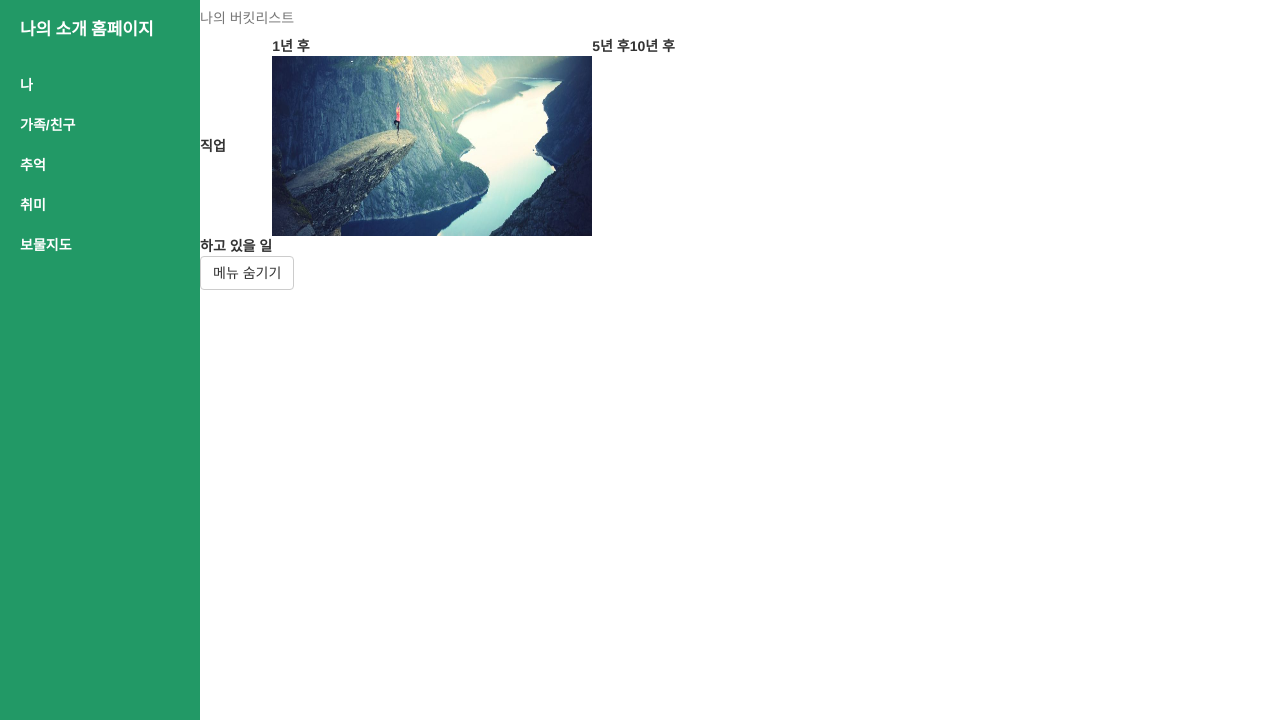
Repository: xlwindlx/HTML
Page: tresure.html
The author's editor kept a record of every edit. The page is drawn from the files as they stood at one moment, then again after the next edit.
The browser window is 1280 px wide. The pictures show the whole page.

Above is the page before.

After the next edit:
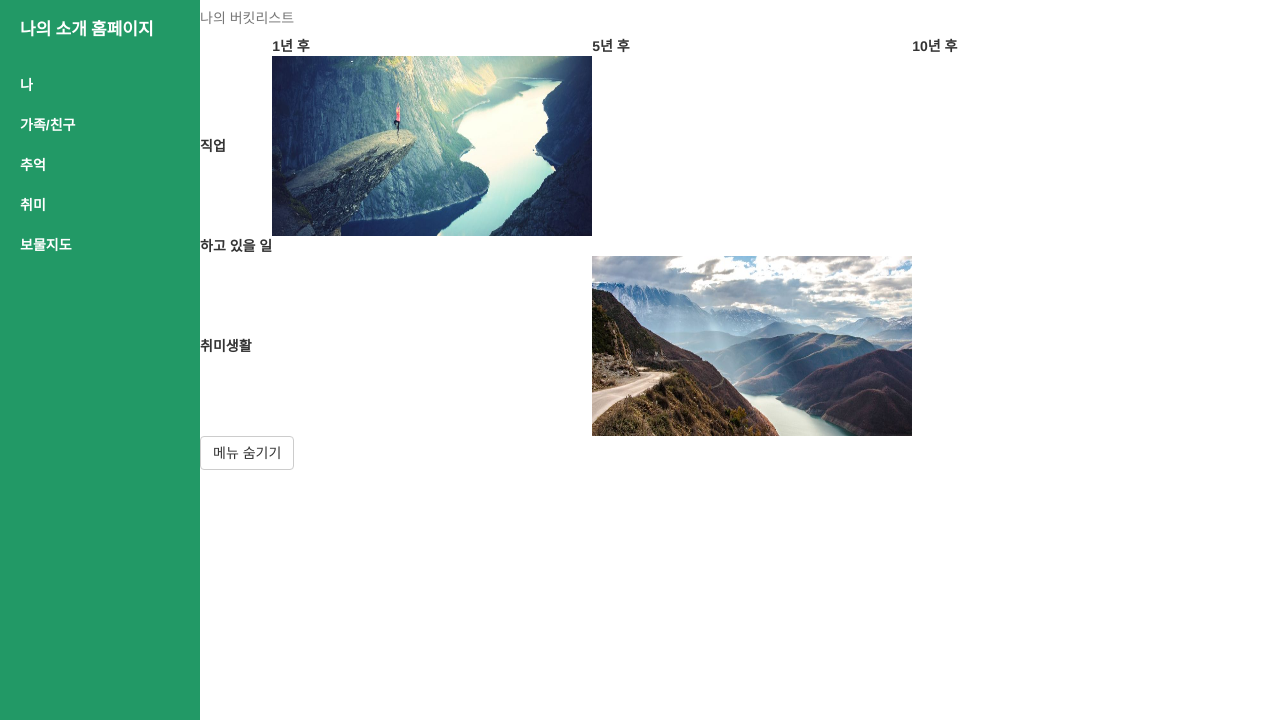
The edit:
--- a/tresure.html
+++ b/tresure.html
@@ -39,6 +39,12 @@
                 <tr>
                     <th>하고 있을 일</th>
                 </tr>
+                <tr>
+                    <th>취미생활</th>
+                    <td></td>
+                    <td><img src="img_mountains_wide.jpg" style="width:320px; height:180px;"></td>
+                    <td></td>
+                </tr>
             </tbody>
         </table>
 
